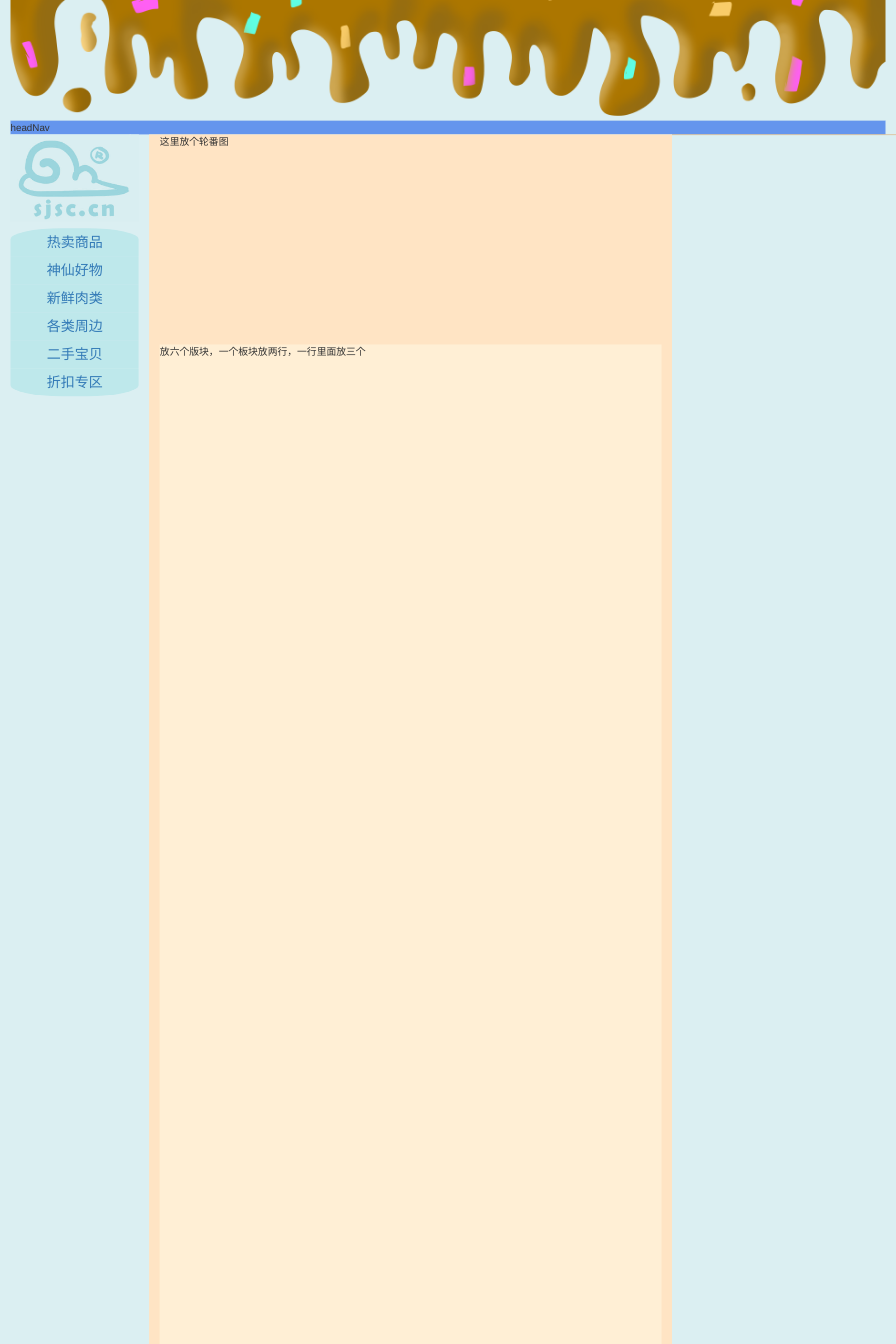
Repository: 15378517762/zxy
Page: html/index.html
These files come from the project's save history. The page is drawn as it stood at one moment and after the next save; the edit follows.
The browser window is 1280 px wide. The pictures show the part of the page from y = 0 to 1920 px (the page is 3392 px tall), at 70% of full size.

Above is the page before, as saved 2021-05-28 21:25:06.

### html/index.html
<!DOCTYPE html>
<html lang="en">
<head>
	<meta charset="UTF-8">
	<meta name="viewport" content="width=device-width, initial-scale=1.0">
	<title>Document</title>

	<!--[if lt IE 9]>
      <script src="https://cdn.jsdelivr.net/npm/html5shiv@3.7.3/dist/html5shiv.min.js"></script>
      <script src="https://cdn.jsdelivr.net/npm/respond.js@1.4.2/dest/respond.min.js"></script>
    <![endif]-->

	<link rel="stylesheet" href="../bootstrap/css/bootstrap.min.css">
	<script src="../js/jquery-3.6.0.min.js"></script>
	<link rel="stylesheet" href="../css/index.css">
	<link rel="icon" href="../img/logo.jpg">
</head>
<body>
	<div class="container">
		<img src="../img/headpic.png" class="headpic" alt="">

		<div class="headNav">headNav</div>
		<div class="row">
			<header class="col-md-2">
				<div class="logo">
					<img src="../img/logo2.jpg" alt="">
				</div>
				<div class="sideNav">
					<ul>
						<li><a href="">热卖商品</a></li>
						<li><a href="">神仙好物</a></li>
						<li><a href="">新鲜肉类</a></li>
						<li><a href="">各类周边</a></li>
						<li><a href="">二手宝贝</a></li>
						<li><a href="">折扣专区</a></li>
					</ul>
				</div>
			</header>

			<article class="col-md-7">
				<div class="lunfan">这里放个轮番图</div>
				<div class="commodity">放六个版块，一个板块放两行，一行里面放三个</div>
			</article>

			<aside class="col-md-3">
				<div class="ad1"></div>
				<div class="ad2"></div>
			</aside>
		</div>

		<div class="footer">放个底图</div>
	</div>


</body>
</html>

### css/index.css
@media screen and (min-width: 1280px) {
    .container {
        width: 1280px;
    }
}

body {
    background-color: #dbeff2;
}

.headNav {
    background-color: cornflowerblue;
}

.sideNav ul {
    padding-left: 0;
}

.sideNav li{
    height: 40px;
    list-style-type: none;
    background-color: rgb(190, 232, 235);
    text-align: center;
}

.sideNav li:hover {
    cursor: pointer;
}

.sideNav ul :nth-child(1):hover {
    background-color: rgb(103, 151, 255);
}

.sideNav ul :nth-child(2):hover {
    background-color: rgb(121, 163, 255);
}

.sideNav ul :nth-child(3):hover {
    background-color: rgb(151, 184, 255);
}

.sideNav ul :nth-child(4):hover {
    background-color: rgb(181, 204, 255);
}

.sideNav ul :nth-child(5):hover {
    background-color: rgb(199, 216, 252);
}

.sideNav ul :nth-child(6):hover {
    background-color: rgb(214, 227, 255);
}
.sideNav li a {
    font-size: 20px;
    line-height: 40px;
    text-align: center;
    text-decoration: none;
}

.sideNav ul :nth-child(1) {
    margin-top: 10px;
    border-radius: 40% 40% 0 0;
}

.sideNav ul :nth-last-child(1) {
    border-radius: 0 0 40% 40%;
}

.headpic {
    width: 100%;
}

.logo img {
    width: 100%;
}

article {
    background-color: bisque;
}

.lunfan {
    height: 300px;
}

.commodity {
    height: 2800px;
    background-color: papayawhip;
}

aside {
    background-color: burlywood;
}

.footer {
    height: 100px;
    background-color: peachpuff;
}

Loaded but not shown: bootstrap/css/bootstrap.min.css (library); js/jquery-3.6.0.min.js (library)

After the next save:
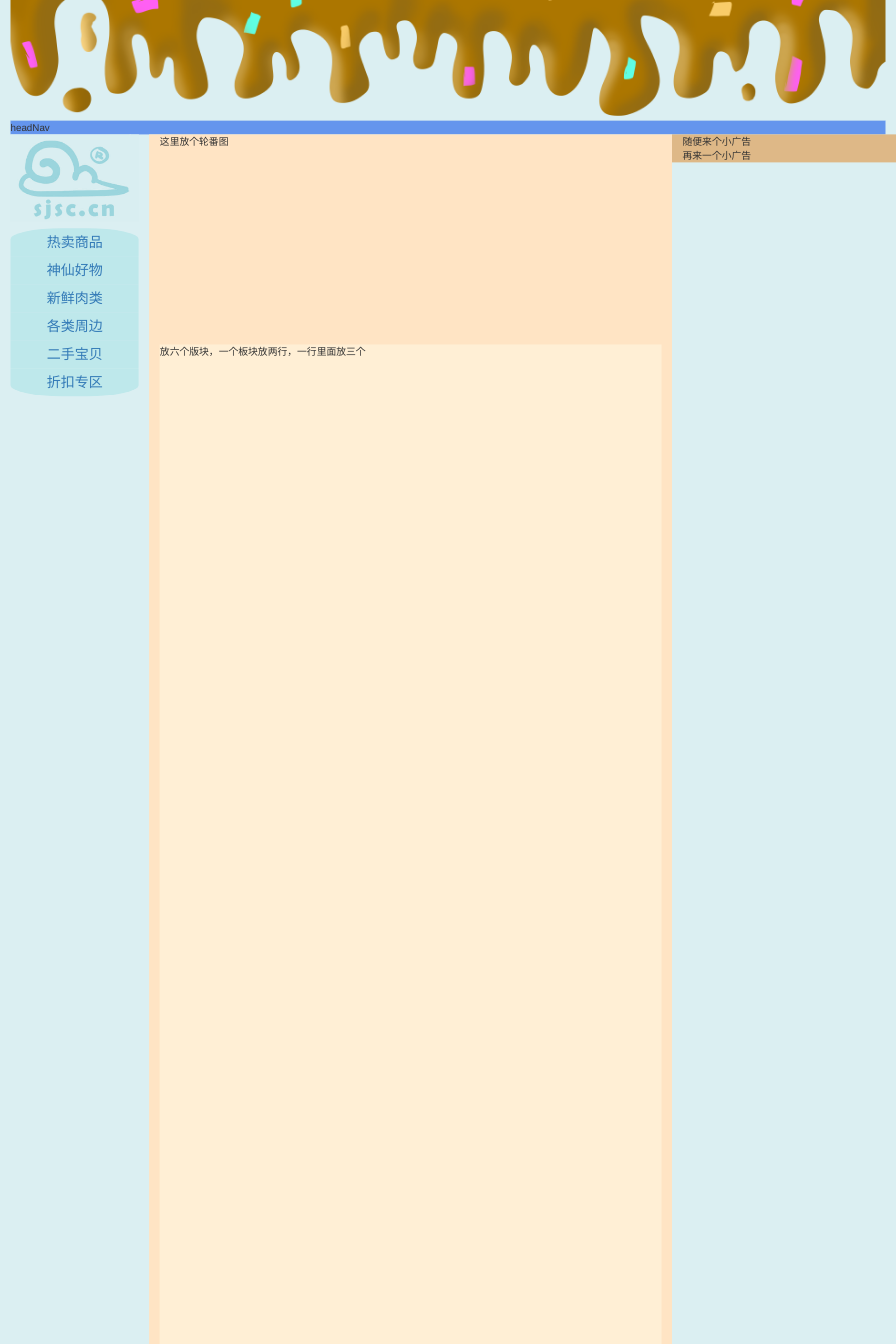
Saved 62 s later.
--- a/html/index.html
+++ b/html/index.html
@@ -43,8 +43,8 @@
 			</article>
 
 			<aside class="col-md-3">
-				<div class="ad1"></div>
-				<div class="ad2"></div>
+				<div class="ad1">随便来个小广告</div>
+				<div class="ad2">再来一个小广告</div>
 			</aside>
 		</div>
 
